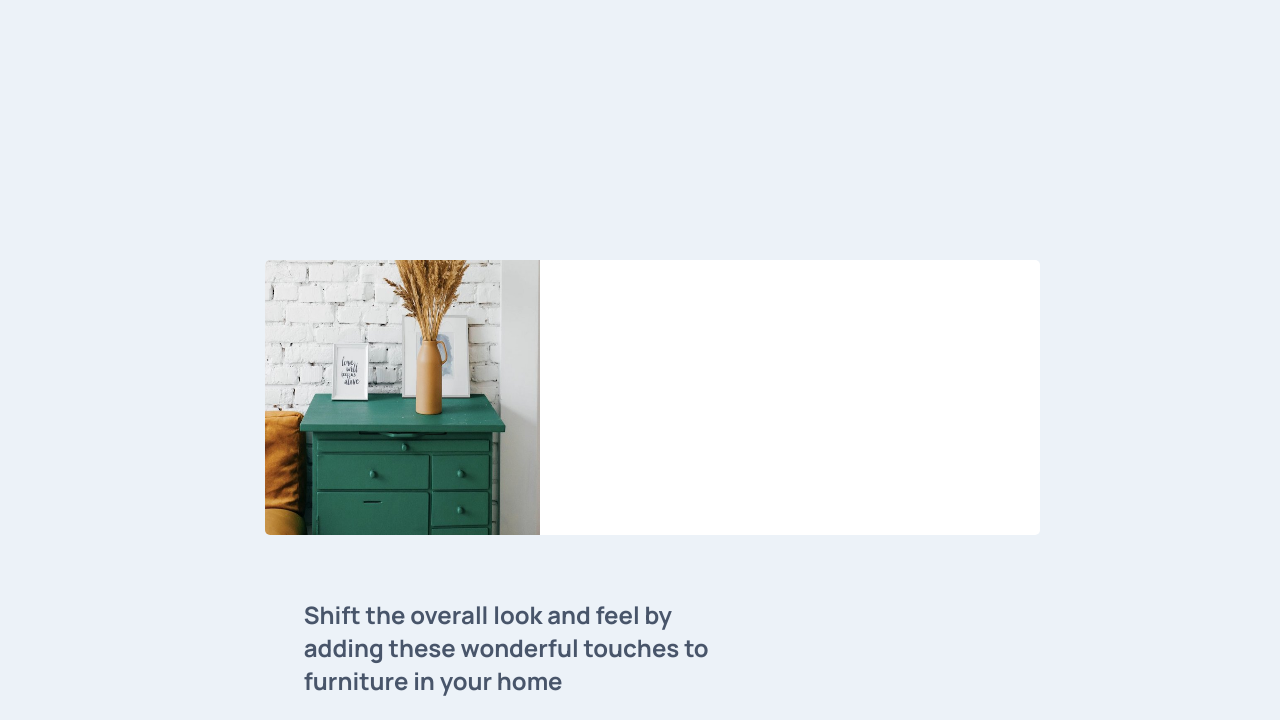
Repository: ricky603/training-css
Page: article-preview-component-master/index.html
These files come from the project's save history. The page is drawn as it stood at one moment and after the next save; the edit follows.
The browser window is 1280 px wide. The pictures show the whole page.

Above is the page before, as saved 2020-09-09 08:28:40.

### article-preview-component-master/index.html
<!DOCTYPE html>
<html lang="en">

<head>
    <meta charset="UTF-8">
    <meta name="viewport" content="width=device-width, initial-scale=1.0">
    <!-- displays site properly based on user's device -->

    <link rel="icon" type="image/png" sizes="32x32" href="./images/favicon-32x32.png">
    <link rel="stylesheet" href="./styles.css">
    <link href="https://fonts.googleapis.com/css2?family=Manrope:wght@500;700&display=swap" rel="stylesheet">

    <title>Frontend Mentor | Article preview component</title>

    <!-- Feel free to remove these styles or customise in your own stylesheet 👍 -->
</head>

<body>
    <div class="article">
        <div id="image">
            <img src="./images/drawers.jpg" class="drawer">
        </div>

        <div class="post">
            <div class="head">
                <h2>Shift the overall look and feel by adding these wonderful touches to furniture in your home</h2>
            </div>
        </div>
    </div>


</body>

</html>

<!--

  Ever been in a room and felt like something was missing? Perhaps
  it felt slightly bare and uninviting. I’ve got some simple tips
  to help you make any room feel complete.

  Michelle Appleton
  28 Jun 2020

  Share -->

### article-preview-component-master/styles.css
body {
    background-color: hsl(210, 46%, 95%);
}

h2 {
    font-family: 'Manrope';
    font-weight: 700;
}

#image {
    display: inline-block;
}

.post {
    display: inline-block;
    width: 57%;
    margin: 5%;
}

.head {
    display: inline-block;
    color: hsl(217, 19%, 35%);
}

.article {
    position: fixed;
    width: 775px;
    height: 275px;
    background-color: white;
    margin: auto;
    top: 50%;
    left: 50%;
    margin-top: -100px;
    margin-left: -375px;
    border-radius: 5px;
}

.drawer {
    width: 275px;
    height: 275px;
    border-radius: 5px 0 0 5px;
}

.attribution {
    font-size: 11px;
    text-align: center;
}

.attribution a {
    color: hsl(228, 45%, 44%);
}

After the next save:
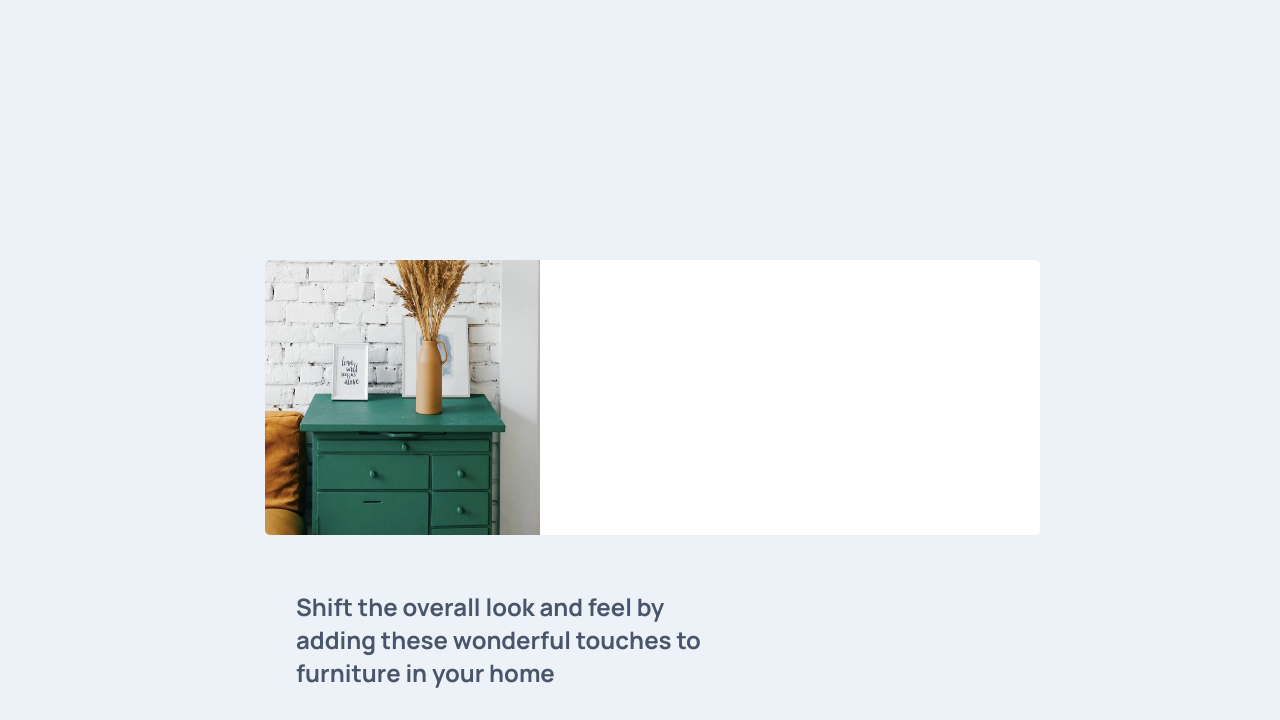
Saved 7 s later.
--- a/article-preview-component-master/styles.css
+++ b/article-preview-component-master/styles.css
@@ -14,7 +14,7 @@ h2 {
 .post {
     display: inline-block;
     width: 57%;
-    margin: 5%;
+    margin: 4%;
 }
 
 .head {
